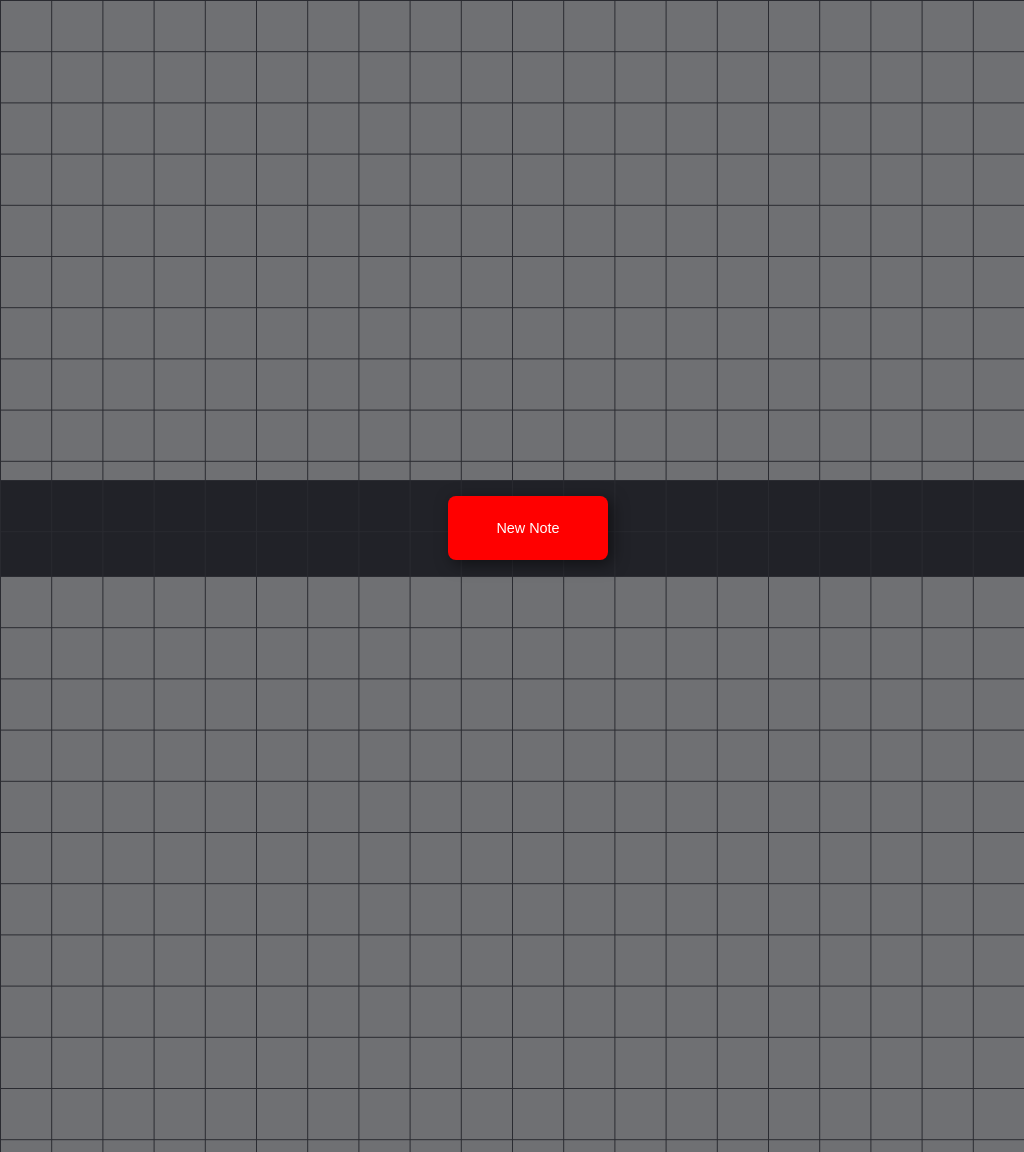
Repository: ErvinClay13/Memo-Glow
Page: index.html
These files come from the project's save history. The page is drawn as it stood at one moment and after a run of saves; the edit follows.
The browser window is 1280 px wide. The pictures show the whole page, at 80% of full size.

Above is the page before, as saved 2025-03-28 17:35:56.

### index.html
<!DOCTYPE html>
<html lang="en">
<head>
    <meta charset="UTF-8">
    <meta name="viewport" content="width=device-width, initial-scale=1.0">
    <link rel="stylesheet" href="style.css">
    <title>Document</title>
</head>
<body>
    <div id="container">
        <div id="card"></div>
        <div id="card2" style="display: none;"></div>
        <div id="card3" style="display: none;"></div>
        <div id="card4" style="display: none;"></div>
    </div>

    <div class="footer">
        <button id="cardBtn">New Card</button>
        <button id="cardBtn2" style="display: none;">New Card</button>
        <button id="cardBtn3" style="display: none;">New Card</button>

    </div>





    <div id="container"></div>

    <div class="footer">
        <button id="addCardBtn"> New Note</button>
    </div>
</body>
<script src="script.js"></script>
</html>

### style.css
/* body {
    padding: 0;
    margin: 0;
}

#container {
    background-color: #212228a5;
    background-image: linear-gradient(#292a30 .1em, transparent .1em),
    linear-gradient(90deg, #292a30 .1em, transparent .1em);
    background-size: 4em 4em;
    height: 100vh;
}

.footer {
    background-color: #212228;
    background-image: linear-gradient(#292a30 .1em, transparent .1em),
    linear-gradient(90deg, #292a30 .1em, transparent .1em);
    background-size: 4em 4em;
}

#card {
    width: 300px;
    height: 300px;
    background-color: #ccff00;
    border-radius: 5px;
    cursor: pointer;
    position: fixed;
    display: flex;
    flex-direction: column;
    justify-content: center;
    align-items: center;
    box-shadow: 10px 10px 40px #aaff00;
}



#card2 {
    width: 300px;
    height: 300px;
    background-color: rgb(187, 13, 250);
    border-radius: 5px;
    cursor: pointer;
    position: fixed;
    display: flex;
    flex-direction: column;
    justify-content: center;
    align-items: center;
    box-shadow: 10px 10px 40px #aaff00;
}

#card3 {
    width: 300px;
    height: 300px;
    background-color: rgb(0, 149, 255);
    border-radius: 5px;
    cursor: pointer;
    position: fixed;
    display: flex;
    flex-direction: column;
    justify-content: center;
    align-items: center;
    box-shadow: 10px 10px 40px #aaff00;
}

#card4 {
    width: 300px;
    height: 300px;
    background-color: rgb(255, 0, 234);
    border-radius: 5px;
    cursor: pointer;
    position: fixed;
    display: flex;
    flex-direction: column;
    justify-content: center;
    align-items: center;
    box-shadow: 10px 10px 40px #aaff00;

}


#cardBtn {
    height: 200px;
    width: 200px;
    background-color: red;
}

#cardBtn2 {
    height: 200px;
    width: 200px;
    background-color: red;
}

#cardBtn3 {
    height: 200px;
    width: 200px;
    background-color: red;
}

#cardBtn4 {
    height: 200px;
    width: 200px;
    background-color: red;

}
 */












 body {
    padding: 0;
    margin: 0;
    font-family: sans-serif;
}

#container {
    background-color: #212228a5;
    background-image: linear-gradient(#292a30 0.1em, transparent 0.1em),
                      linear-gradient(90deg, #292a30 0.1em, transparent 0.1em);
    background-size: 4em 4em;
    height: 100vh;
    position: relative;
    overflow: hidden;
}

.footer {
    background-color: #212228;
    background-image: linear-gradient(#292a30 0.1em, transparent 0.1em),
                      linear-gradient(90deg, #292a30 0.1em, transparent 0.1em);
    background-size: 4em 4em;
    padding: 20px;
    display: flex;
    justify-content: center;
    position: fixed;
    bottom: 0;
    width: 100%;
    z-index: 10;
}

/* Reusable card style */
.card {
    width: 300px;
    height: 300px;
    border-radius: 5px;
    cursor: pointer;
    position: fixed;
    display: flex;
    flex-direction: column;
    justify-content: center;
    align-items: center;
    padding: 20px;
    color: #000;
    font-size: 18px;
    text-align: center;
    user-select: none;
    transition: transform 0.1s ease-in-out;
}

.card:active {
    transform: scale(1.02);
}

#addCardBtn {
    height: 80px;
    width: 200px;
    background-color: red;
    color: white;
    font-size: 18px;
    border: none;
    border-radius: 10px;
    cursor: pointer;
    box-shadow: 5px 5px 20px #00000080;
    transition: background-color 0.2s;
}

#addCardBtn:hover {
    background-color: darkred;
}


.close-btn {
    position: absolute;
    top: 10px;
    right: 10px;
    background-color: black;
    color: white;
    border: none;
    border-radius: 50%;
    width: 30px;
    height: 30px;
    font-size: 18px;
    cursor: pointer;
    z-index: 5;
    opacity: 0.7;
    transition: opacity 0.2s ease;
}

.close-btn:hover {
    opacity: 1;
    background-color: darkred;
}

### script.js
let cardCount = 0;
const container = document.getElementById('container');
const addCardBtn = document.getElementById('addCardBtn');

const colors = [
    '#ccff00',            // neon green
    'rgb(187, 13, 250)',  // purple
    'rgb(0, 149, 255)',   // blue
    'rgb(255, 0, 234)'    // pink
];

addCardBtn.addEventListener("click", () => {
    if (cardCount >= colors.length) {
        alert("Max number of cards reached!");
        return;
    }

    // Create card
    const card = document.createElement("div");
    card.classList.add("card");
    card.style.backgroundColor = colors[cardCount];
    card.style.boxShadow = `10px 10px 40px ${colors[cardCount]}`;
    card.style.top = `${100 + cardCount * 30}px`;
    card.style.left = `${100 + cardCount * 30}px`;

    // Get user input
    const userText = prompt("Enter your card text:");

// Cancel or empty input? Don't create the card.
if (!userText) return;

// Continue creating the card
const para = document.createElement("p");
para.innerText = userText;
card.appendChild(para);


    // Add delete button
    const closeBtn = document.createElement("button");
    closeBtn.innerText = "✕";
    closeBtn.classList.add("close-btn");
    closeBtn.addEventListener("click", () => {
        container.removeChild(card);
        cardCount--; // optional: allow reusing slots/colors
    });
    card.appendChild(closeBtn);

    // Make card draggable
    makeDraggable(card);

    // Add to container
    container.appendChild(card);
    cardCount++;
});

// Draggable function
function makeDraggable(card) {
    let startX = 0, startY = 0, newX = 0, newY = 0;

    card.addEventListener('mousedown', (e) => {
        startX = e.clientX;
        startY = e.clientY;

        const onMouseMove = (e) => {
            newX = startX - e.clientX;
            newY = startY - e.clientY;
            startX = e.clientX;
            startY = e.clientY;
            card.style.top = (card.offsetTop - newY) + 'px';
            card.style.left = (card.offsetLeft - newX) + 'px';
        };

        const onMouseUp = () => {
            document.removeEventListener('mousemove', onMouseMove);
            document.removeEventListener('mouseup', onMouseUp);
        };

        document.addEventListener('mousemove', onMouseMove);
        document.addEventListener('mouseup', onMouseUp);
    });
}

After the next 2 saves:
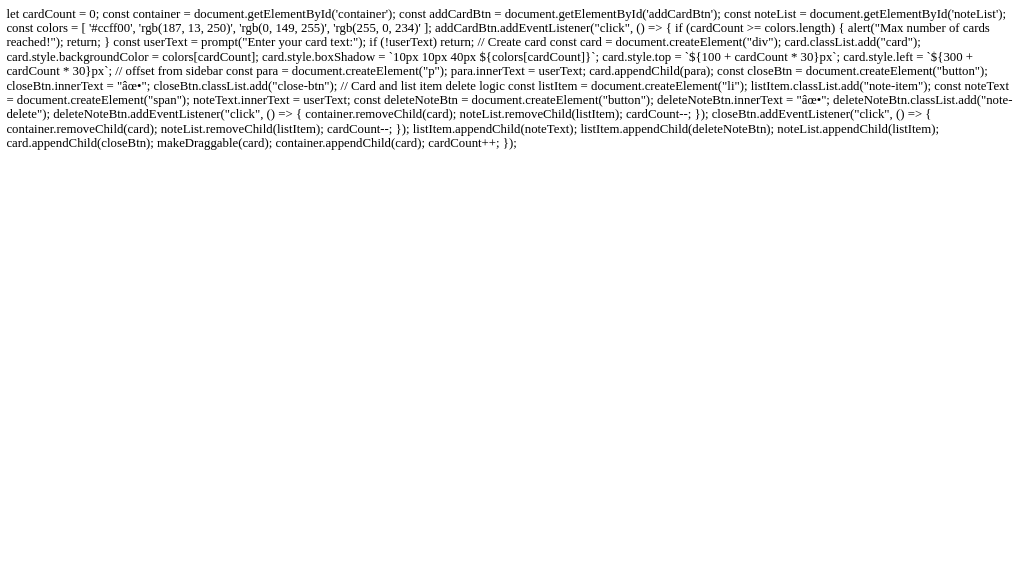
The 2 saves are shown as one change because they came seconds apart.
The last was saved 12 min 42 s later.
--- a/index.html
+++ b/index.html
@@ -1,4 +1,4 @@
-<!DOCTYPE html>
+<!-- <!DOCTYPE html>
 <html lang="en">
 <head>
     <meta charset="UTF-8">
@@ -32,4 +32,78 @@
     </div>
 </body>
 <script src="script.js"></script>
-</html>
+</html> -->
+
+
+
+
+
+let cardCount = 0;
+const container = document.getElementById('container');
+const addCardBtn = document.getElementById('addCardBtn');
+const noteList = document.getElementById('noteList');
+
+const colors = [
+    '#ccff00',
+    'rgb(187, 13, 250)',
+    'rgb(0, 149, 255)',
+    'rgb(255, 0, 234)'
+];
+
+addCardBtn.addEventListener("click", () => {
+    if (cardCount >= colors.length) {
+        alert("Max number of cards reached!");
+        return;
+    }
+
+    const userText = prompt("Enter your card text:");
+    if (!userText) return;
+
+    // Create card
+    const card = document.createElement("div");
+    card.classList.add("card");
+    card.style.backgroundColor = colors[cardCount];
+    card.style.boxShadow = `10px 10px 40px ${colors[cardCount]}`;
+    card.style.top = `${100 + cardCount * 30}px`;
+    card.style.left = `${300 + cardCount * 30}px`; // offset from sidebar
+
+    const para = document.createElement("p");
+    para.innerText = userText;
+    card.appendChild(para);
+
+    const closeBtn = document.createElement("button");
+    closeBtn.innerText = "✕";
+    closeBtn.classList.add("close-btn");
+
+    // Card and list item delete logic
+    const listItem = document.createElement("li");
+    listItem.classList.add("note-item");
+
+    const noteText = document.createElement("span");
+    noteText.innerText = userText;
+
+    const deleteNoteBtn = document.createElement("button");
+    deleteNoteBtn.innerText = "✕";
+    deleteNoteBtn.classList.add("note-delete");
+
+    deleteNoteBtn.addEventListener("click", () => {
+        container.removeChild(card);
+        noteList.removeChild(listItem);
+        cardCount--;
+    });
+
+    closeBtn.addEventListener("click", () => {
+        container.removeChild(card);
+        noteList.removeChild(listItem);
+        cardCount--;
+    });
+
+    listItem.appendChild(noteText);
+    listItem.appendChild(deleteNoteBtn);
+    noteList.appendChild(listItem);
+
+    card.appendChild(closeBtn);
+    makeDraggable(card);
+    container.appendChild(card);
+    cardCount++;
+});
